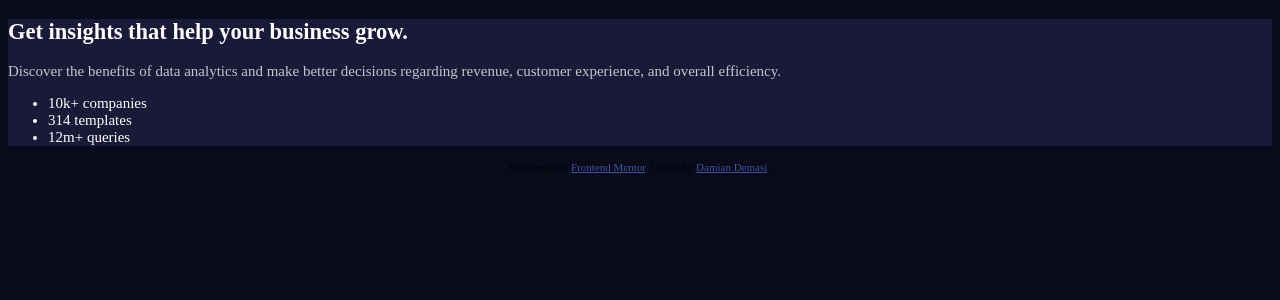
Repository: Colo-Codes/stats-preview-card-component-main
Page: index.html
An editor plug-in stored every save of this project. The page is shown before and after the next save, followed by the edit.
The browser window is 1280 px wide. The pictures show the whole page.

Above is the page before, as saved 2021-05-10 08:45:52.

After the next save:
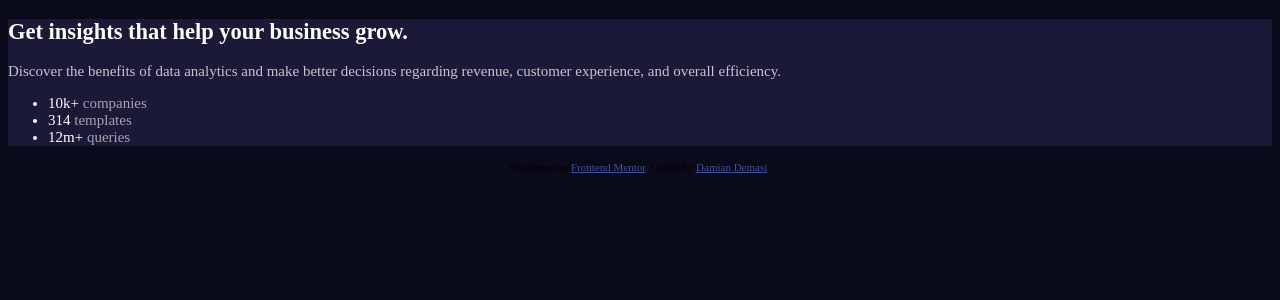
Saved 44 s later.
--- a/index.html
+++ b/index.html
@@ -35,11 +35,12 @@
       color: var(--white-font, hsl(0, 0%, 100%));
       background-color: var(--blue-desaturated, hsl(244, 38%, 16%));
     }
-
     article p {
       color: var(--white-font-transparent-main, hsla(0, 0%, 100%, 0.75));
     }
-
+    ul li span {
+      color: var(--white-font-transparent-stat, hsla(0, 0%, 100%, 0.6));
+    }
 
 
     .attribution {
